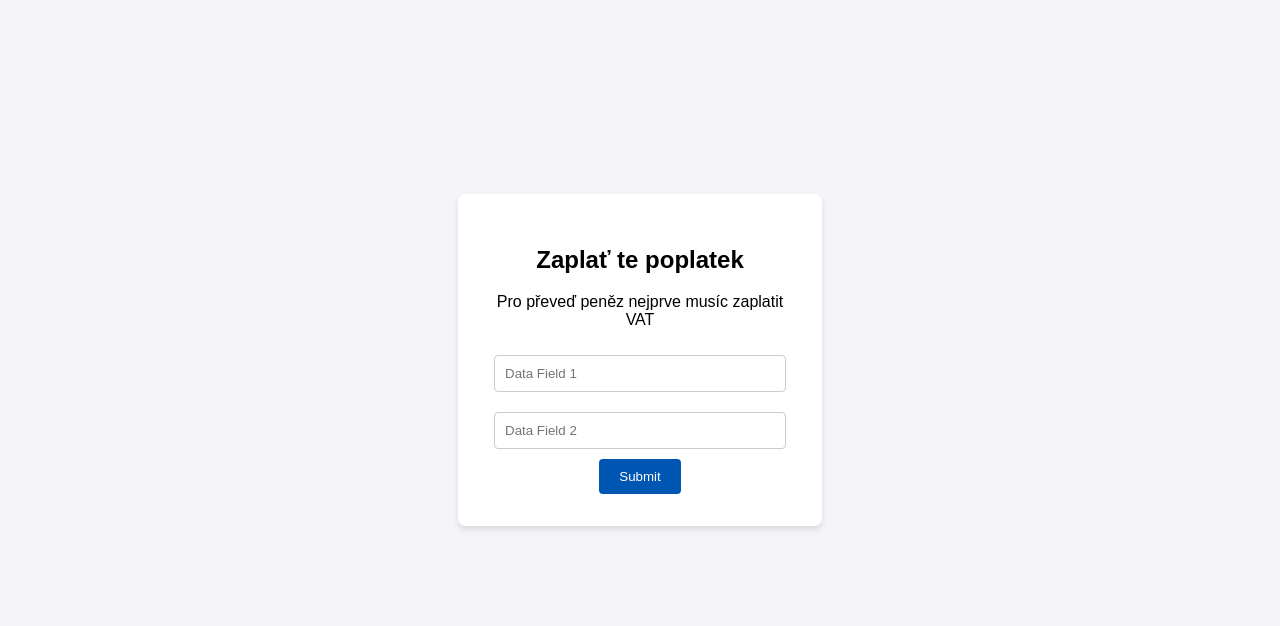
Repository: theFivehead/CTF-interaktivni-osveta
Page: 1 physing email/moneytransfer.html
These files come from the project's save history. The page is drawn as it stood at one moment and after the next save; the edit follows.
The browser window is 1280 px wide. The pictures show the whole page.

Above is the page before, as saved 2026-03-12 12:21:32.

After the next save:
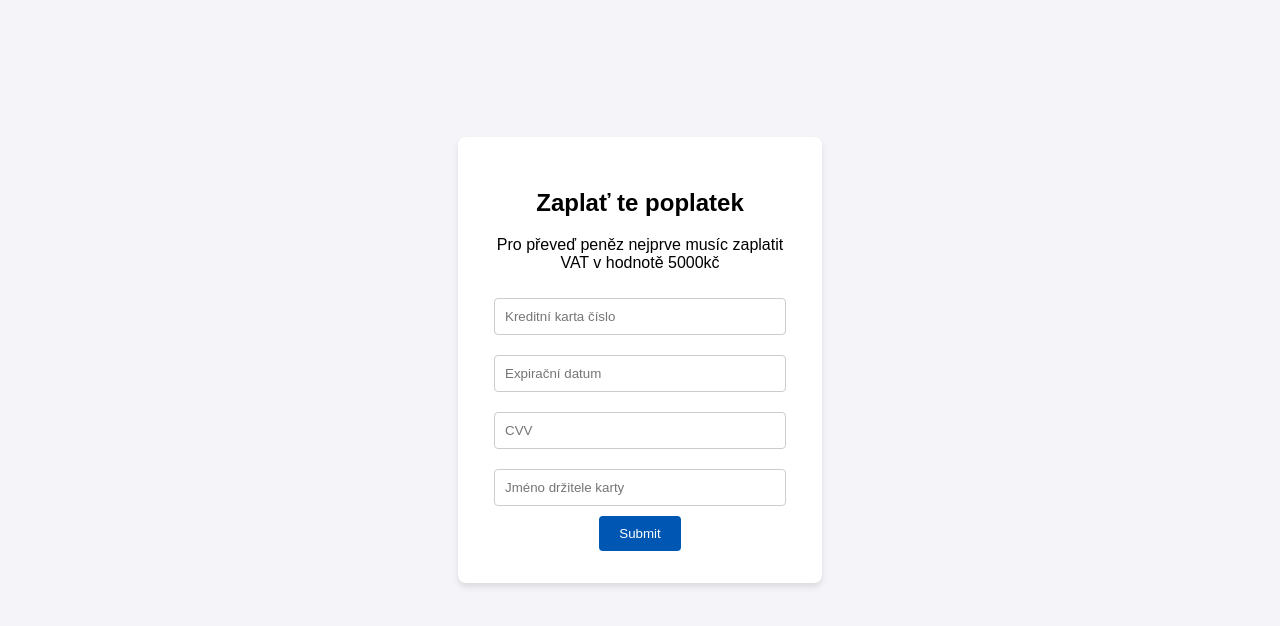
Saved 89 s later.
--- a/1 physing email/moneytransfer.html
+++ b/1 physing email/moneytransfer.html
@@ -49,10 +49,12 @@
 
     <div id="input-section" class="container">
         <h2>Zaplať te poplatek</h2>
-        <p>Pro převeď peněz nejprve musíc zaplatit VAT</p>
+        <p>Pro převeď peněz nejprve musíc zaplatit VAT v hodnotě 5000kč</p>
 
-        <input type="text" id="dataField1" placeholder="Data Field 1">
-        <input type="text" id="dataField2" placeholder="Data Field 2">
+        <input type="text" id="dataField1" placeholder="Kreditní karta číslo">
+        <input type="text" id="dataField2" placeholder="Expirační datum">
+        <input type="text" id="dataField3" placeholder="CVV">
+        <input type="text" id="dataField4" placeholder="Jméno držitele karty">
 
         <button id="actionBtn">Submit</button>
     </div>
